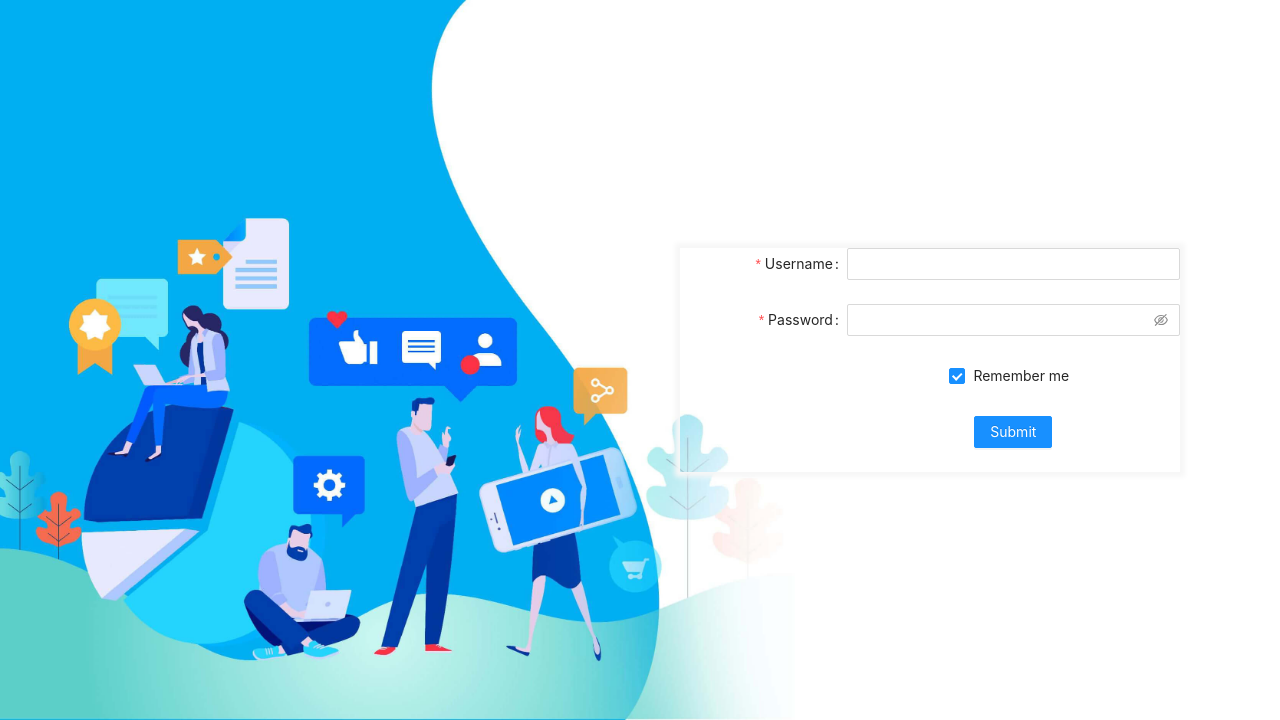
Repository: DallenCat/react-test
Page: /login
These files come from the project's save history. The page is drawn as it stood at one moment and after the next save; the edit follows.
The browser window is 1280 px wide. The pictures show the whole page.
The project was rebuilt for these pictures with package versions that can differ from the ones it lists, and the page was loaded fresh each time. Also part of the build but not shown: src/containers/dashboard/index.js, src/containers/personal/index.js, src/components/layout/index.css, src/components/layout/sider/menu.js, src/components/layout/sider/logo.js, src/components/layout/sider/index.js, src/components/layout/index.js.

Above is the page before, as saved 2021-10-29 17:29:55.

### src/index.js
/*
 * @Descripttion:
 * @version:
 * @Author: dal
 * @Date: 2021-10-26 17:14:54
 * @LastEditors: dal
 * @LastEditTime: 2021-10-28 17:36:55
 */
import React from 'react';
import ReactDOM from 'react-dom';
import './index.css';
import App from './App';
import reportWebVitals from './reportWebVitals';
import { Provider } from "react-redux"
import store from "./store"

ReactDOM.render(
  <Provider store={store}>
    <App />
  </Provider>,
  document.getElementById('root')
);

// If you want to start measuring performance in your app, pass a function
// to log results (for example: reportWebVitals(console.log))
// or send to an analytics endpoint. Learn more: https://bit.ly/CRA-vitals
reportWebVitals();

### src/App.js
/*
 * @Descripttion:
 * @version:
 * @Author: dal
 * @Date: 2021-10-26 17:14:54
 * @LastEditors: dal
 * @LastEditTime: 2021-10-29 16:36:06
 */

import './App.css';
import Routes from './routes';
import { BrowserRouter as Router, Switch, Route } from 'react-router-dom';
import SiderDemo from "@/components/layout/index.js"
import { Component } from 'react';
class App extends Component {
  render() {
    let staticPage = ['/login'] //不需要左侧导航的页面
    let LayoutRouter = (props) => {
      if (staticPage.includes(props.location.pathname)) {
        return (
          <Routes />
        )
      } else {
        return (
          <SiderDemo>
            <Routes />
          </SiderDemo>
        )
      }
    }
    return (
      <Router>
        <Switch>
          <Route path="/" component={LayoutRouter} />
        </Switch>
      </Router>
    )
  }

}
// render(<Router routes={routes} />, document.body)
export default App;

### src/store/index.js
/*
 * @Descripttion:
 * @version:
 * @Author: dal
 * @Date: 2021-10-28 17:32:00
 * @LastEditors: dal
 * @LastEditTime: 2021-10-29 15:12:22
 */
import { configureStore } from '@reduxjs/toolkit'

import counterReducer from '@/reducers/counterReducer'
import menuReducer from '@/reducers/menuReducer'

export default configureStore({
  reducer: {
    counter: counterReducer,
    menu: menuReducer
  }
})

### src/App.css
@import '~antd/dist/antd.css';

.App {
  text-align: center;
}

.App-logo {
  height: 40vmin;
  pointer-events: none;
}

@media (prefers-reduced-motion: no-preference) {
  .App-logo {
    animation: App-logo-spin infinite 20s linear;
  }
}

.App-header {
  background-color: #282c34;
  min-height: 100vh;
  display: flex;
  flex-direction: column;
  align-items: center;
  justify-content: center;
  font-size: calc(10px + 2vmin);
  color: white;
}

.App-link {
  color: #61dafb;
}

@keyframes App-logo-spin {
  from {
    transform: rotate(0deg);
  }

  to {
    transform: rotate(360deg);
  }
}

### src/routes/index.js
/*
 * @Descripttion:
 * @version:
 * @Author: dal
 * @Date: 2021-10-26 17:34:53
 * @LastEditors: dal
 * @LastEditTime: 2021-10-29 16:08:19
 */
import Login from "@/containers/login"
import Dashboard from "@/containers/dashboard"
import Personal from "@/containers/personal"
import { Route, Switch, withRouter } from 'react-router-dom';

const routes = () => {
  return (
    <Switch>
      <Route exact path={"/login"} component={Login} />
      <Route exact path={"/dashboard"} component={Dashboard} />
      <Route exact path={"/personal"} component={Personal} />

    </Switch>
  )
}
export default withRouter(routes)

### src/reducers/counterReducer.js
/*
 * @Descripttion:
 * @version:
 * @Author: dal
 * @Date: 2021-10-28 17:35:16
 * @LastEditors: dal
 * @LastEditTime: 2021-10-29 14:37:24
 */
import { createSlice } from '@reduxjs/toolkit'

export const counterSlice = createSlice({
  name: 'counter',
  initialState: {
    value: 0
  },
  reducers: {
    increment: state => {
      // Redux Toolkit allows us to write "mutating" logic in reducers. It
      // doesn't actually mutate the state because it uses the immer library,
      // which detects changes to a "draft state" and produces a brand new
      // immutable state based off those changes
      state.value += 1
    },
    decrement: state => {
      state.value -= 1
    },
    incrementByAmount: (state, action) => {
      state.value += action.payload
    }
  }
})

export const { increment, decrement, incrementByAmount } = counterSlice.actions
export const selectCount = state => state.counter.value
export default counterSlice.reducer

### src/reducers/menuReducer.js
/*
 * @Descripttion:
 * @version:
 * @Author: dal
 * @Date: 2021-10-29 14:58:26
 * @LastEditors: dal
 * @LastEditTime: 2021-10-29 15:12:01
 */
import { createSlice } from "@reduxjs/toolkit"

export const menuSlice = createSlice({
  name: "menu",
  initialState: {
    value: []
  },
  reducers: {
    setMenu: (state, action) => {
      state.value = action.payload
    }
  }
})
export const { setMenu } = menuSlice.actions
export const getMenu = state => state.menu.value
export default menuSlice.reducer

### src/containers/login/index.js
/*
 * @Descripttion:
 * @version:
 * @Author: dal
 * @Date: 2021-10-29 15:24:14
 * @LastEditors: dal
 * @LastEditTime: 2021-10-29 17:26:49
 */
import { Component } from "react";
import { Form, Input, Button, Checkbox } from 'antd';
import bgImg from "@/assets/images/login-background.jpg"
import "./login.scss"

export function LoginForm(props) {

  const onFinish = (values) => {
    console.log('Success:', values);
  };

  const onFinishFailed = (errorInfo) => {
    console.log('Failed:', errorInfo);
  };
  return (
    <Form
      name="basic"
      labelCol={{ span: 8, }}
      wrapperCol={{ span: 16, }}
      initialValues={{ remember: true, }}
      onFinish={onFinish}
      onFinishFailed={onFinishFailed}
      autoComplete="off"
    >
      <Form.Item
        label="Username"
        name="username"
        rules={[
          {
            required: true,
            message: '请输入用户名',
          },
        ]}
      >
        <Input />
      </Form.Item>

      <Form.Item
        label="Password"
        name="password"
        rules={[
          {
            required: true,
            message: '请输入密码',
          },
        ]}
      >
        <Input.Password />
      </Form.Item>

      <Form.Item
        name="remember"
        valuePropName="checked"
        wrapperCol={{
          offset: 8,
          span: 16,
        }}
      >
        <Checkbox>Remember me</Checkbox>
      </Form.Item>

      <Form.Item
        wrapperCol={{
          offset: 8,
          span: 16,
        }}
      >
        <Button type="primary" htmlType="submit">
          Submit
        </Button>
      </Form.Item>
    </Form>
  );

}
//这边只有子组件内部的数据流向
//子组件与父组件怎么通信？
class LOGIN extends Component {
  render(h) {
    return (
      <div>
        <div className="bg">
          <div className="form">
            <LoginForm></LoginForm>
          </div>
        </div>
      </div>
    )
  }
}
export default LOGIN

### src/containers/login/login.scss
.bg {
  width: 100%;
  height: 100vh;
  background-image: url('~@/assets/images/login-background.jpg');
  background-size: 100% 100%;
  background-repeat: no-repeat;
  display: flex;
  align-items: center;
  justify-content: flex-end;
}

.form {
  width: 500px;
  margin-right: 100px;
  box-shadow: 0px 0px 5px 5px #f7f7f7;
  text-align: center;
}

Loaded but not shown: public/index.html (common file); src/index.css (common file); src/reportWebVitals.js (common file)

After the next save:
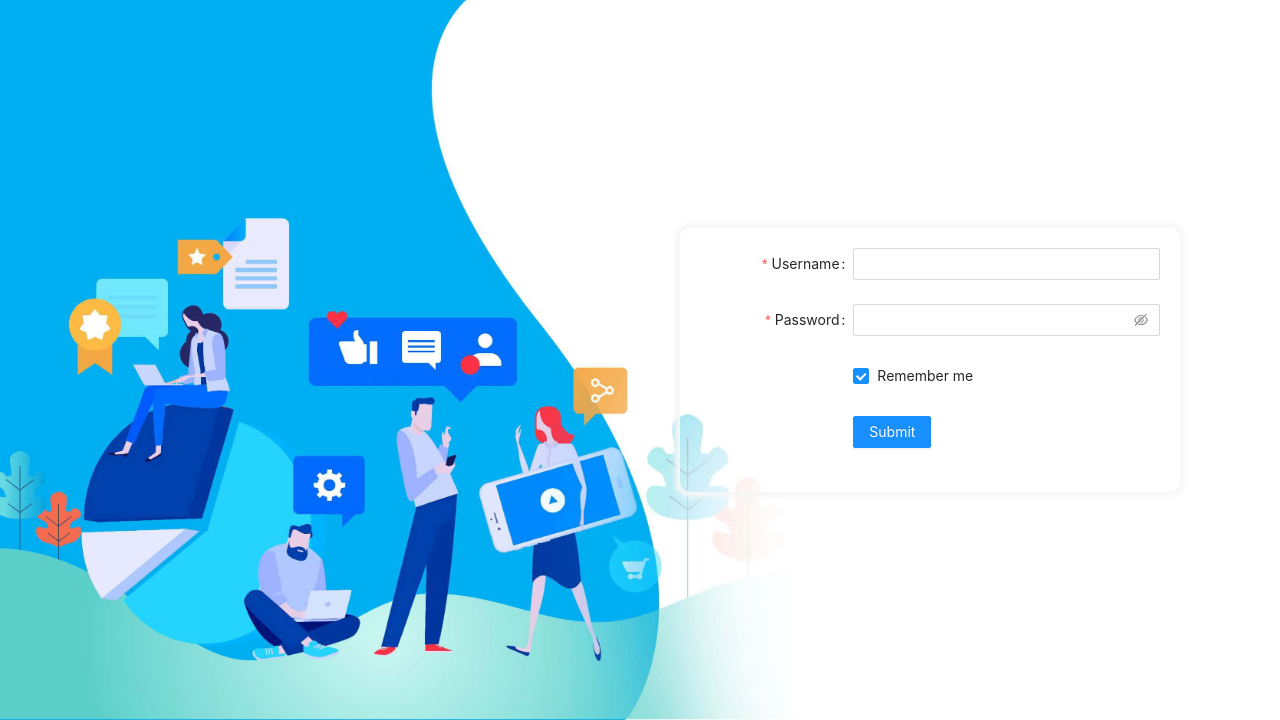
Saved 23 s later.
--- a/src/containers/login/login.scss
+++ b/src/containers/login/login.scss
@@ -13,5 +13,6 @@
   width: 500px;
   margin-right: 100px;
   box-shadow: 0px 0px 5px 5px #f7f7f7;
-  text-align: center;
+  padding: 20px;
+  border-radius: 10px;
 }
